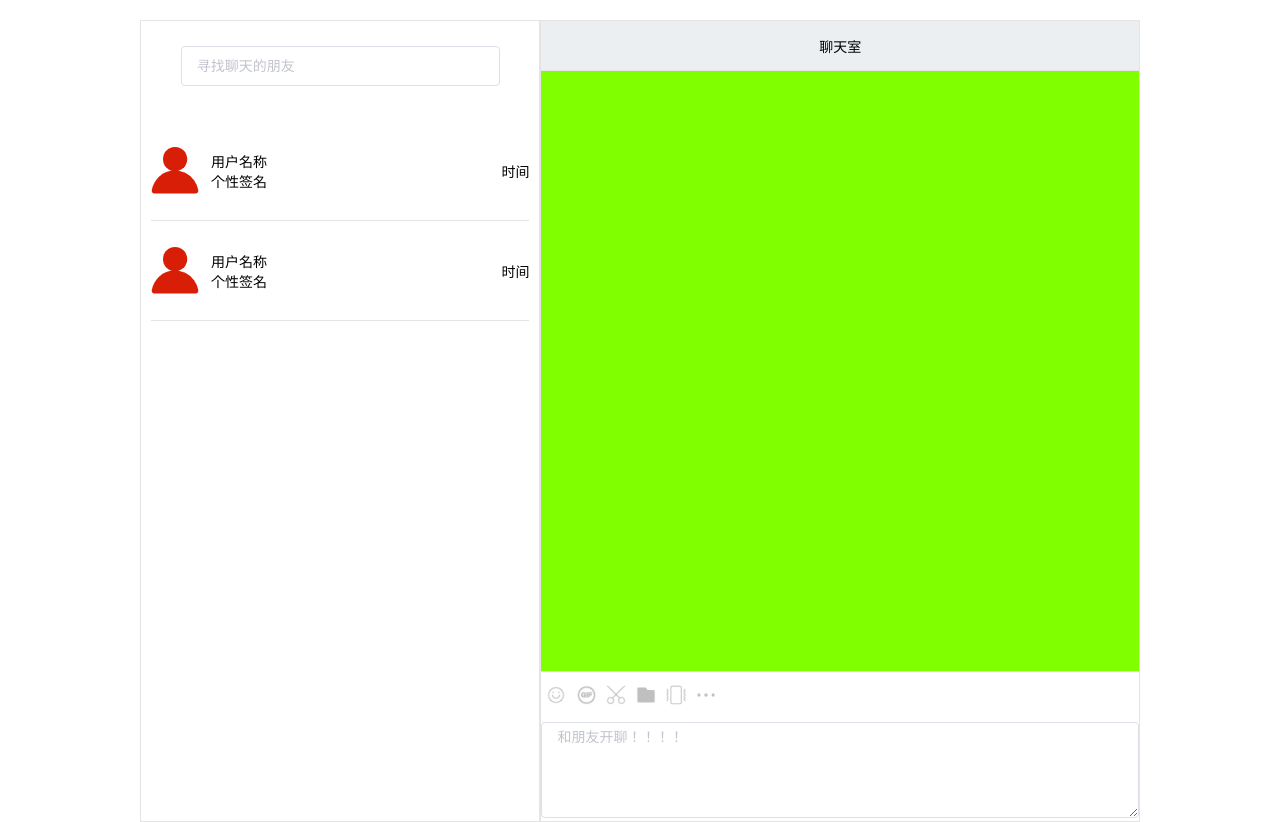
Repository: jinggegeZ/livechat
Page: /
An editor plug-in stored every save of this project. The page is shown before and after the next save, followed by the edit.
The browser window is 1280 px wide. The pictures show the whole page.
The project was rebuilt for these pictures with package versions that can differ from the ones it lists, and the page was loaded fresh each time.

Above is the page before, as saved 2020-08-17 13:10:38.

After the next save:
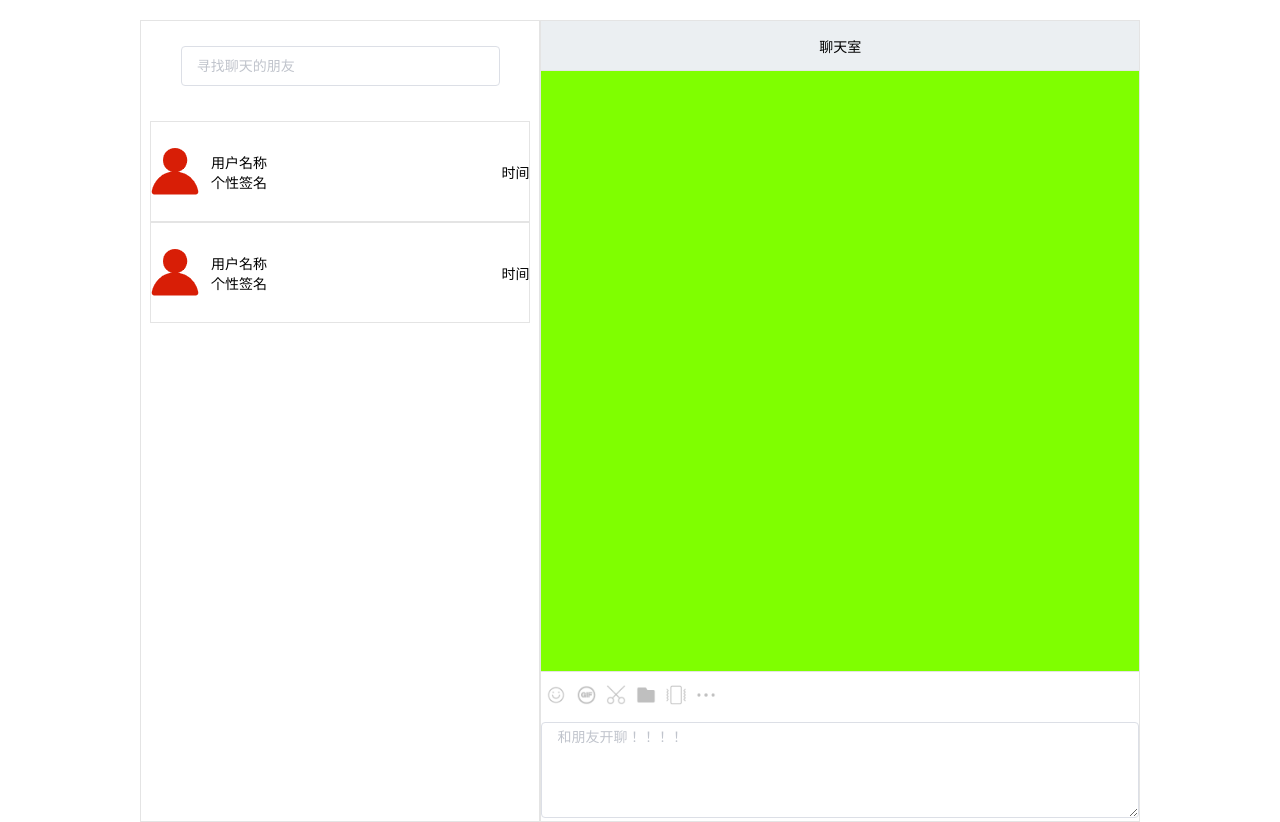
Saved 39 s later.
--- a/src/views/Home.vue
+++ b/src/views/Home.vue
@@ -147,7 +147,7 @@ export default {
 .box1-1 {
   width: 95%;
   height: 99px;
-  border-bottom: 1px solid rgb(228, 228, 228);
+  border: 1px solid rgb(228, 228, 228);
   display: flex;
   align-items: center;
   justify-content: space-between;
